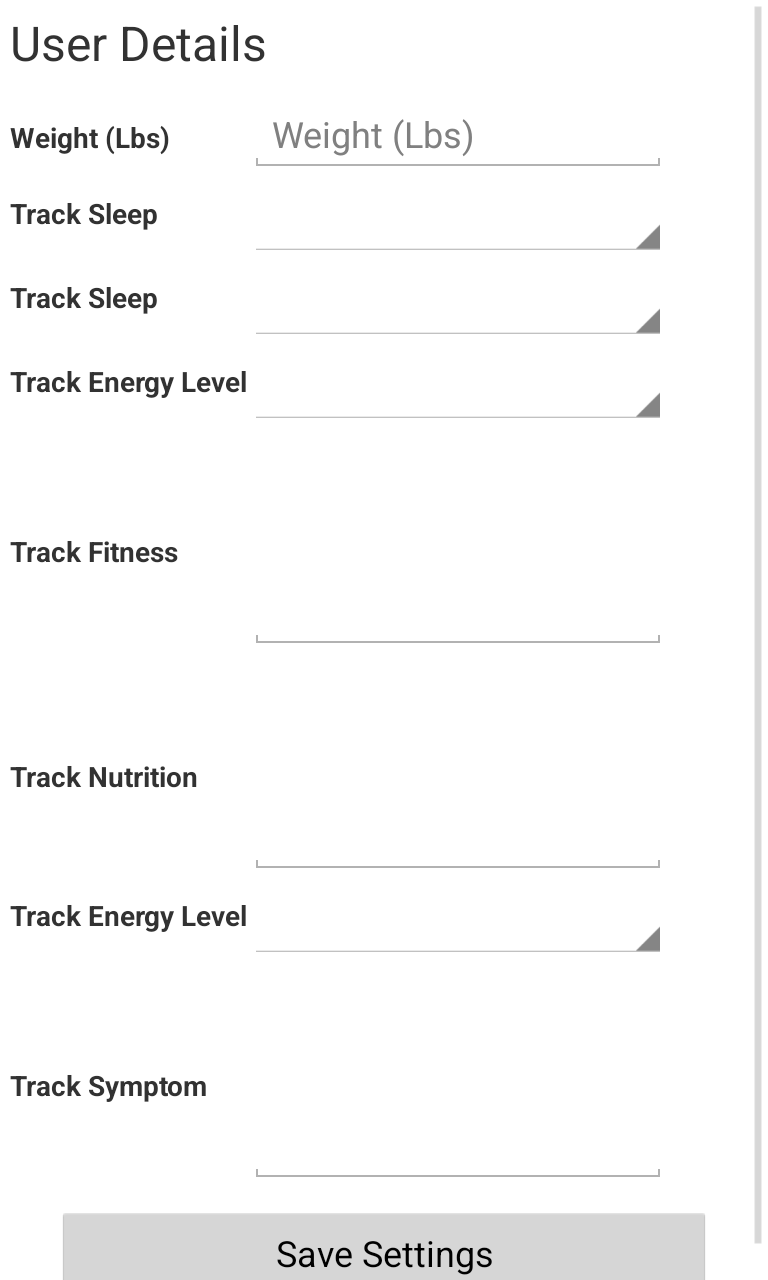
Repository: dillonyoung/CPD4493
Layout: TraCare/res/layout/addentry.xml
These files come from the project's save history. The layout is drawn as it stood at one moment and after the next save; the edit follows.
It is drawn on a 768 x 1280 px phone screen (xhdpi) without system bars, with theme AppTheme; the app's code is not run.

Above is the layout before, as saved 2013-04-05 23:40:54.

After the next save:
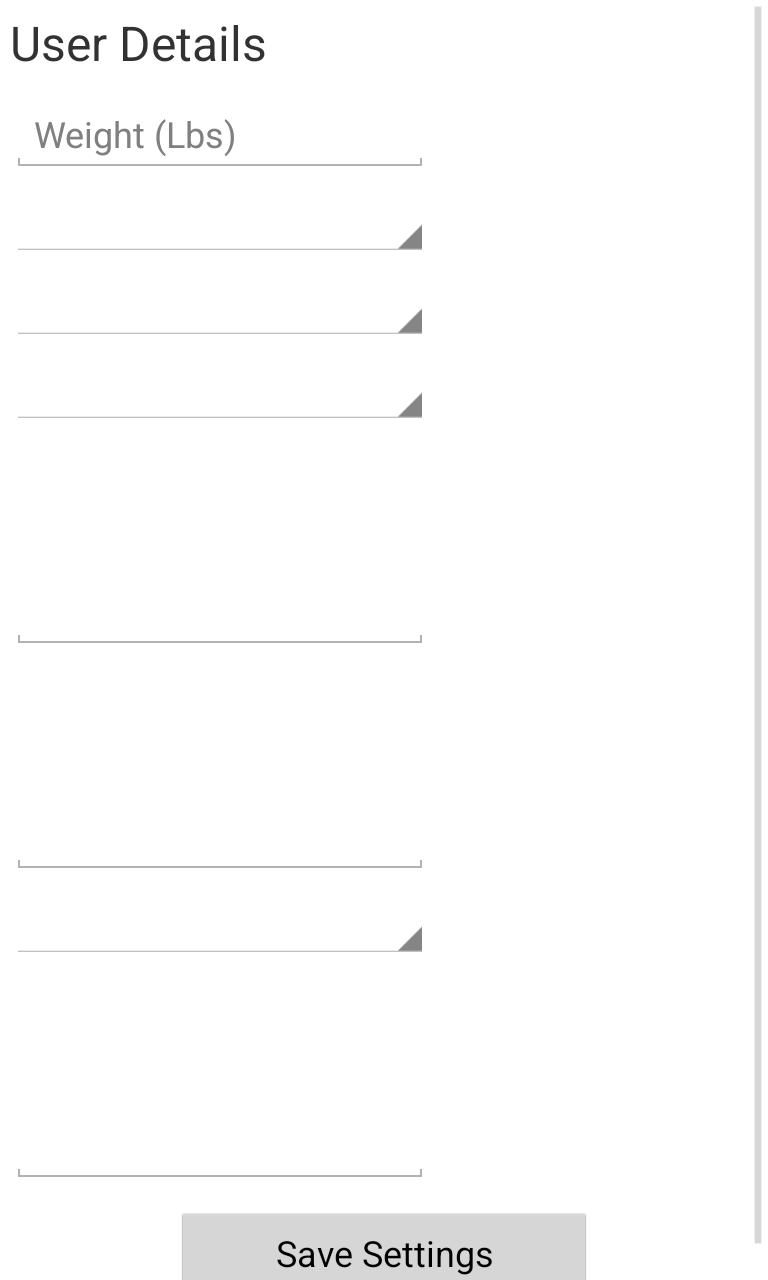
Saved 2 min 2 s later.
--- a/TraCare/res/layout/addentry.xml
+++ b/TraCare/res/layout/addentry.xml
@@ -29,13 +29,6 @@
             android:layout_height="wrap_content"
             android:padding="5dip" >
 
-            <TextView
-                android:id="@+id/textView3"
-                android:layout_width="wrap_content"
-                android:layout_height="wrap_content"
-                android:text="@string/weight"
-                android:textStyle="bold" />
-
             <EditText
                 android:id="@+id/txtUserWeight"
                 android:layout_width="wrap_content"
@@ -51,13 +44,6 @@
             android:layout_height="wrap_content"
             android:padding="5dip" >
 
-            <TextView
-                android:id="@+id/textView6"
-                android:layout_width="wrap_content"
-                android:layout_height="wrap_content"
-                android:text="@string/track_sleep"
-                android:textStyle="bold" />
-
             <Spinner
                 android:id="@+id/spinHours"
                 android:layout_width="wrap_content"
@@ -69,13 +55,6 @@
             android:layout_width="wrap_content"
             android:layout_height="wrap_content"
             android:padding="5dip" >
-
-            <TextView
-                android:id="@+id/textView6"
-                android:layout_width="wrap_content"
-                android:layout_height="wrap_content"
-                android:text="@string/track_sleep"
-                android:textStyle="bold" />
 
             <Spinner
                 android:id="@+id/spinQualityofSleep"
@@ -89,13 +68,6 @@
             android:layout_height="wrap_content"
             android:padding="5dip" >
 
-            <TextView
-                android:id="@+id/textView7"
-                android:layout_width="wrap_content"
-                android:layout_height="wrap_content"
-                android:text="@string/track_energy_level"
-                android:textStyle="bold" />
-
             <Spinner
                 android:id="@+id/spinEnergyLevel"
                 android:layout_width="wrap_content"
@@ -107,13 +79,6 @@
             android:layout_width="wrap_content"
             android:layout_height="wrap_content"
             android:padding="5dip" >
-
-            <TextView
-                android:id="@+id/textView8"
-                android:layout_width="wrap_content"
-                android:layout_height="wrap_content"
-                android:text="@string/track_fitness"
-                android:textStyle="bold" />
 
             <EditText
                 android:id="@+id/txtFitness"
@@ -130,13 +95,6 @@
             android:layout_width="wrap_content"
             android:layout_height="wrap_content"
             android:padding="5dip" >
-
-            <TextView
-                android:id="@+id/textView9"
-                android:layout_width="wrap_content"
-                android:layout_height="wrap_content"
-                android:text="@string/track_nutrition"
-                android:textStyle="bold" />
 
             <EditText
                 android:id="@+id/txtNutrition"
@@ -155,13 +113,6 @@
             android:layout_height="wrap_content"
             android:padding="5dip" >
 
-            <TextView
-                android:id="@+id/textView7"
-                android:layout_width="wrap_content"
-                android:layout_height="wrap_content"
-                android:text="@string/track_energy_level"
-                android:textStyle="bold" />
-
             <Spinner
                 android:id="@+id/spinSymptom"
                 android:layout_width="wrap_content"
@@ -173,13 +124,6 @@
             android:layout_width="wrap_content"
             android:layout_height="wrap_content"
             android:padding="5dip" >
-
-            <TextView
-                android:id="@+id/textView10"
-                android:layout_width="wrap_content"
-                android:layout_height="wrap_content"
-                android:text="@string/track_symptom"
-                android:textStyle="bold" />
 
             <EditText
                 android:id="@+id/txtSymptomDescription"
